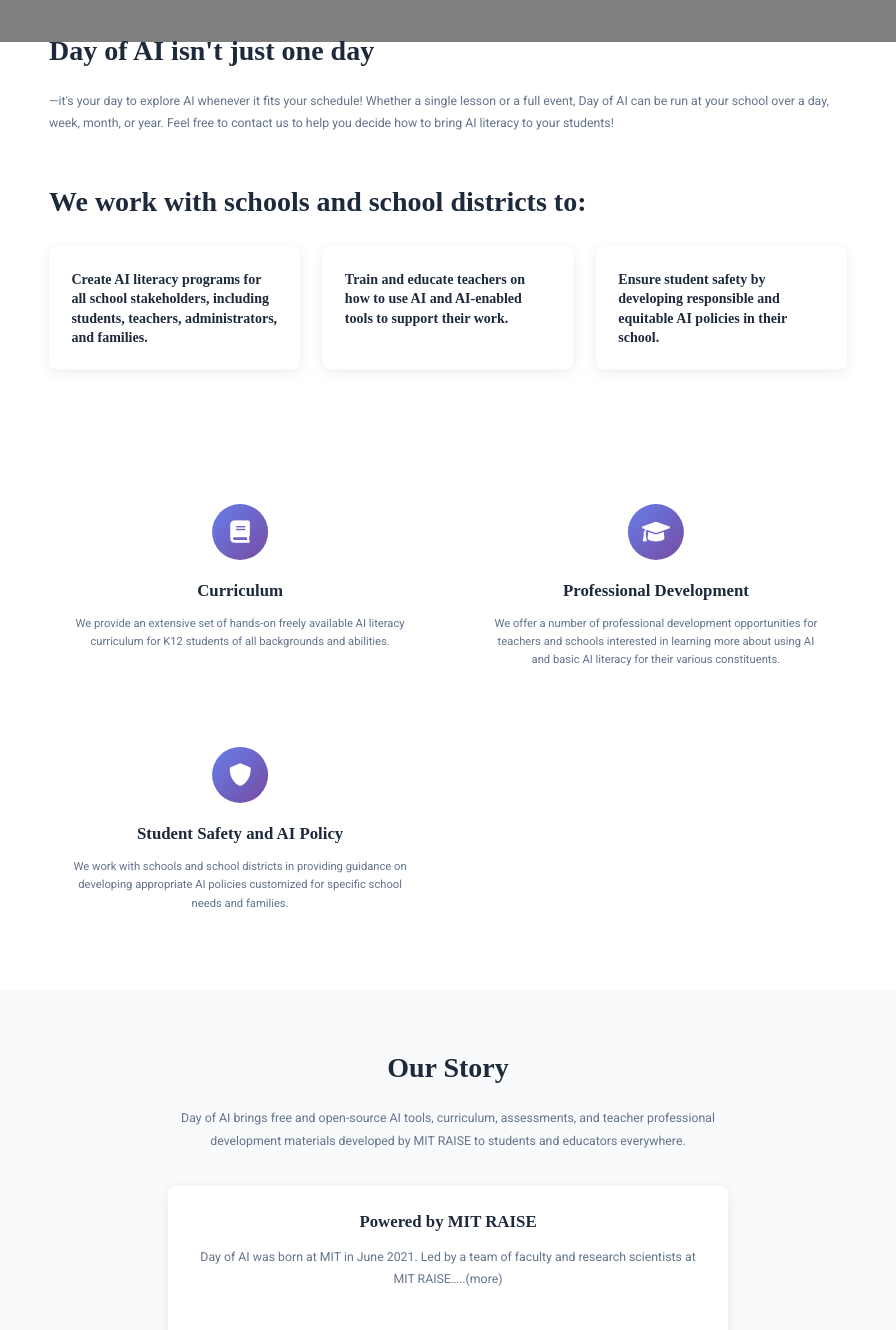
Repository: dinhtri123/dayofai
Page: index.html
An editor plug-in stored every save of this project. The page is shown before and after the next save, followed by the edit.
The browser window is 1280 px wide. The pictures show the part of the page from y = 660 to 2560 px (the page is 3743 px tall before and 3667 px after), at 70% of full size.
A picture or video elsewhere on the page could not be fetched, so the positions and the page height are approximate. Some web fonts or font styles are not loaded; a fallback is used.

Above is the page before, as saved 2025-06-29 08:42:25.

### index.html
<!DOCTYPE html>
<html lang="en">

<head>
  <meta charset="UTF-8">
  <meta name="viewport" content="width=device-width, initial-scale=1.0">
  <title>Day of AI - AI is for everyone</title>
  <link rel="stylesheet" href="styles.css">
  <link rel="preconnect" href="https://fonts.googleapis.com">
  <link rel="preconnect" href="https://fonts.gstatic.com" crossorigin>
  <link href="https://fonts.googleapis.com/css2?family=Gugi&family=Roboto:ital,wght@0,100..900;1,100..900&display=swap"
    rel="stylesheet">
  <link rel="stylesheet" href="https://cdnjs.cloudflare.com/ajax/libs/font-awesome/6.0.0/css/all.min.css">
</head>

<body>
  <!-- Header -->
  <header class="header">
    <nav class="navbar container">
      <div class="nav-container">
        <div class="nav-logo">
          <img src="./images/logo.svg" alt="Day of AI Logo">
        </div>

        <div class="header-main">
          <div class="header-search">
            <i class="fa-solid fa-magnifying-glass"></i>
            <input type="search" name="search" id="search" placeholder="SEARCH">
          </div>
          <div class="header-menu">
            <ul class="nav-menu">
              <li class="nav-item dropdown">
                <a href="#" class="nav-link">Teachers <i class="fa-solid fa-caret-down"></i></a>
                <ul class="dropdown-menu">
                  <li><a href="#">Curriculum</a></li>
                  <li><a href="#">Seasonal and Monthly Activities</a></li>
                  <li><a href="#">Professional Development</a></li>
                  <li><a href="#">Family Resources</a></li>
                </ul>
              </li>
              <li class="nav-item dropdown">
                <a href="#" class="nav-link">School Administrators <i class="fa-solid fa-caret-down"></i></a>
                <ul class="dropdown-menu">
                  <li><a href="#">Professional Development</a></li>
                  <li><a href="#">Curriculum</a></li>
                  <li><a href="#">Student Safety & AI Policy</a></li>
                  <li><a href="#">Family Resources</a></li>
                </ul>
              </li>
              <li class="nav-item">
                <a href="#" class="nav-link">International</a>
              </li>
              <li class="nav-item">
                <a href="#" class="nav-link">Partners</a>
              </li>
              <li class="nav-item dropdown">
                <a href="#" class="nav-link">About Us <i class="fa-solid fa-caret-down"></i></a>
                <ul class="dropdown-menu">
                  <li><a href="#">Our Team</a></li>
                  <li><a href="#">Our Story</a></li>
                  <li><a href="#">FAQ</a></li>
                  <li><a href="#">News & Impact</a></li>
                </ul>
              </li>
              <li class="nav-item">
                <a href="#" class="nav-link">Contact Us</a>
              </li>
            </ul>
            <div class="nav-buttons">
              <button class="btn btn-primary">Register</button>
            </div>
          </div>
        </div>


        <div class="hamburger">
          <span class="icon-menu">
            <i class="fa-solid fa-bars"></i>
          </span>
          <span class="icon-close">
            <i class="fa-solid fa-xmark"></i>
          </span>
        </div>
      </div>
    </nav>
  </header>

  <main>
    <!-- Hero Section -->
    <section class="hero">
      <div class="hero-video">
        <video src="./images/hero-video-short2.mp4" autoplay muted loop></video>
      </div>
      <div class="container">
        <div class="hero-content">
          <h1 class="hero-title">AI is for everyone.</h1>
          <p class="hero-subtitle">Empower your school and your students to thrive in a world of AI!</p>
          <div class="hero-bottom">
            <h3>Day of AI + Common Sense Media Have Teamed Up for Families!</h3>
            <button class="btn btn-primary">Learn More</button>
          </div>
        </div>
      </div>
    </section>
    <section class="section-desc">
      <div class="container">
        <div class="content-grid">
          <div class="content-item">
            <h2>Day of AI isn't just one day</h2>
            <p>—it's your day to explore AI whenever it fits your schedule! Whether a single lesson or a full event, Day
              of AI can be run at your school over a day, week, month, or year. Feel free to contact us to help you
              decide
              how to bring AI literacy to your students!</p>
          </div>

          <div class="content-item">
            <h2>We work with schools and school districts to:</h2>
            <div class="services-grid">
              <div class="service-card">
                <h3>Create AI literacy programs for all school stakeholders, including students, teachers,
                  administrators,
                  and families.</h3>
              </div>
              <div class="service-card">
                <h3>Train and educate teachers on how to use AI and AI-enabled tools to support their work.</h3>
              </div>
              <div class="service-card">
                <h3>Ensure student safety by developing responsible and equitable AI policies in their school.</h3>
              </div>
            </div>
          </div>
        </div>
      </div>
    </section>

    <!-- Features Section -->
    <section class="features">
      <div class="container">
        <div class="features-grid">
          <div class="feature-card">
            <div class="feature-icon">
              <i class="fas fa-book"></i>
            </div>
            <h3>Curriculum</h3>
            <p>We provide an extensive set of hands-on freely available AI literacy curriculum for K12 students of all
              backgrounds and abilities.</p>
          </div>

          <div class="feature-card">
            <div class="feature-icon">
              <i class="fas fa-graduation-cap"></i>
            </div>
            <h3>Professional Development</h3>
            <p>We offer a number of professional development opportunities for teachers and schools interested in
              learning
              more about using AI and basic AI literacy for their various constituents.</p>
          </div>

          <div class="feature-card">
            <div class="feature-icon">
              <i class="fas fa-shield-alt"></i>
            </div>
            <h3>Student Safety and AI Policy</h3>
            <p>We work with schools and school districts in providing guidance on developing appropriate AI policies
              customized for specific school needs and families.</p>
          </div>
        </div>
      </div>
    </section>

    <!-- About Section -->
    <section class="about">
      <div class="container">
        <div class="about-content">
          <h2>Our Story</h2>
          <p>Day of AI brings free and open-source AI tools, curriculum, assessments, and teacher professional
            development
            materials developed by MIT RAISE to students and educators everywhere.</p>

          <div class="mit-section">
            <h3>Powered by MIT RAISE</h3>
            <p>Day of AI was born at MIT in June 2021. Led by a team of faculty and research scientists at MIT
              RAISE…..(more)</p>
          </div>

          <div class="partners-section">
            <h3>Our Collaborators and Partners</h3>
            <div class="partners-grid">
              <div class="partner-logo">Partner 1</div>
              <div class="partner-logo">Partner 2</div>
              <div class="partner-logo">Partner 3</div>
              <div class="partner-logo">Partner 4</div>
            </div>
          </div>
        </div>
      </div>
    </section>

    <!-- CTA Section -->
    <section class="cta">
      <div class="container">
        <div class="cta-content">
          <h2>Bring Day of AI to Your School or School District</h2>
          <div class="cta-buttons">
            <button class="btn btn-primary">Register</button>
            <button class="btn btn-secondary">Learn More</button>
          </div>
        </div>
      </div>
    </section>
  </main>

  <!-- Footer -->
  <footer class="footer">
    <div class="container">
      <div class="footer-content">
        <div class="footer-section">
          <p>&copy; 2025, Day of AI. All Rights Reserved.</p>
          <div class="footer-links">
            <a href="#">Privacy Policy</a>
            <a href="#">Accessibility</a>
            <a href="#">Terms of Use</a>
            <a href="#">Boston Web Design</a>
          </div>
        </div>

        <div class="footer-legal">
          <p>Unless stated otherwise, the DAY OF AI curriculum is licensed under a Creative Commons
            Attribution-NonCommercial-ShareAlike 4.0 International License (the "DAY OF AI Creative Commons license").
            The DAY OF AI Creative Commons license does not include a license to use the trademarks and service marks,
            DAY OF AI, DAY OF AI (and Design), the DAY OF AI logo, MASSACHUSETTS INSTITUTE OF TECHNOLOGY, MIT, the MIT
            logo, MIT RAISE, RAISE, or any other trademarks, service marks, or other intellectual property, owned by, or
            associated with, Massachusetts Institute of Technology, and such use is expressly excluded. DAY OF AI, DAY
            OF AI (and Design), and the DAY OF AI logo are trademarks and service marks of MASSACHUSETTS INSTITUTE OF
            TECHNOLOGY. All rights are reserved.</p>
        </div>

        <div class="footer-translate">
          <button class="translate-btn">Translate »</button>
        </div>
      </div>
    </div>
  </footer>

  <script src="script.js"></script>
</body>

</html>

### styles.css
:root {
  --font-family: "Roboto", sans-serif;
  --font-secondary: "Gugi", cursive;
  --color-primary: #4873b7;
  --color-secondary: #37b558;
  --color-third: #f26739;
}
* {
  margin: 0;
  padding: 0;
  box-sizing: border-box;
}

body {
  font-family: var(--font-family);
  line-height: 1.6;
  color: #333;
  overflow-x: hidden;
}

.container {
  max-width: 1170px;
  margin: 0 auto;
  padding: 0 15px;
}
h1,h2,h3,h4,h5,h6{
  font-family: var(--font-secondary);
}

/* Header Styles */
.header {
  background: #fff;
  box-shadow: 0 2px 10px rgba(0, 0, 0, 0.1);
  width: 100%;
}
.header-main {
  display: flex;
  flex-direction: column;
  flex: 1;
}
.header-search {
  display: flex;
  align-items: center;
  justify-content: end;
  border-bottom: 1px solid var(--color-primary);
  height: 35px;
}
.header-search input {
  border: none;
  outline: none;
  width: 100px;
  max-width: 300px;
  height: 100%;
  padding: 0 10px;
  transition: width 1s linear;
}
.header-search i {
  color: var(--color-secondary);
}

.navbar {
  padding: 10px 15px;
}

.nav-container {
  display: flex;
  justify-content: space-between;
  align-items: center;
}
.nav-logo {
  max-width: 160px;
  width: 100%;
  height: auto;
}

.nav-logo img {
  max-width: 90px;
  width: 100%;
  height: auto;
}

.header-menu {
  display: flex;
  align-items: center;
  justify-content: end;
  flex-wrap: wrap;
}
.nav-menu {
  display: flex;
  list-style: none;
  align-items: center;
}

.nav-item {
  position: relative;
}

.nav-link {
  text-decoration: none;
  color: #333;
  font-weight: 500;
  padding: 20px 16px;
  transition: color 0.3s ease;
  display: flex;
  align-items: center;
  gap: 5px;
}

.nav-link:hover {
  color: #2563eb;
}
.nav-link i {
  color: var(--color-primary);
}

.dropdown-menu {
  position: absolute;
  top: 100%;
  left: 0;
  background: #fff;
  box-shadow: 0 4px 20px rgba(0, 0, 0, 0.15);
  border-radius: 8px;
  min-width: 250px;
  width: max-content;
  opacity: 0;
  visibility: hidden;
  transform: translateY(-10px);
  transition: all 0.3s ease;
  list-style: none;
  overflow: hidden;
}

.dropdown:hover .dropdown-menu {
  opacity: 1;
  visibility: visible;
  transform: translateY(0);
}

.dropdown-menu li a {
  display: block;
  padding: 0.75rem 1.5rem;
  color: #333;
  text-decoration: none;
  transition: background-color 0.2s ease;
}

.dropdown-menu li a:hover {
  background-color: var(--color-primary);
  color: #fff;
}

.btn {
  display: flex;
  align-items: center;
  margin-left: 24px;
  font-family: var(--font-secondary);
  background-color: var(--color-secondary);
  color: #fff;
  padding: 0px 32px;
  border-radius: 30px;
  min-height: 45px;
  text-transform: uppercase;
  border: none;
  line-height: 1;
  font-size: 16px;
  transition: all 0.3s ease;
}
.btn-primary {
  background-color: var(--color-secondary);
}
.btn-primary:hover {
  background-color: var(--color-third);
}
.btn-secondary {
  background-color: var(--color-third);
  color: white;
}
.btn-secondary:hover {
  background-color: var(--color-secondary);
}
.bth-third {
  background: transparent;
  color: white;
  border: 1px solid white;
}
.bth-third:hover {
  background-color: var(--color-secondary);
}
.hamburger {
  display: none;
  flex-direction: column;
  cursor: pointer;
}
.hamburger i {
  font-size: 20px;
  color: black;
}

/* Hero Section */
.hero {
  color: #fff;

  text-align: center;
}
.hero-content {
  position: relative;
  z-index: 1;
  min-height: 500px;
  display: flex;
  flex-direction: column;
  align-items: center;
  justify-content: center;
}
.hero-video {
  position: absolute;
  top: 0;
  left: 0;
  width: 100%;
  height: 100%;
  z-index: -1;
  overflow: hidden;
}
.hero-video::before {
  content: "";
  position: absolute;
  top: 0;
  left: 0;
  width: 100%;
  height: 100%;
  background: rgba(0, 0, 0, 0.5);
}
.hero-video video {
  width: 100%;
}

.hero-title {
  font-size: 64px;
  font-family: var(--font-secondary);
  font-weight: 700;
  margin-bottom: 8px;
  line-height: 1.2;
}

.hero-subtitle {
  font-size: 30px;
  max-width: 500px;
  margin: 0 auto;
}

.hero-bottom {
  display: flex;
  align-items: center;
  justify-content: space-between;
  gap: 16px;
  position: absolute;
  bottom: -30px;
  left: 50%;
  transform: translateX(-50%);
  background: var(--color-third);
  min-height: 60px;
  border-radius: 30px;
  width: 100%;
}
.hero-bottom h3 {
  font-size: 24px;
  color: white;
  padding: 0px 20px;
  font-weight: 300;
}
.hero-bottom button {
  background: var(--color-primary);
  padding: 0px 48px;
  text-transform: uppercase;
  font-family: var(--font-secondary);
  min-height: inherit;
}

.section-desc {
  padding: 80px 0;
}

.content-grid {
  display: grid;
  gap: 4rem;
}

.content-item h2 {
  font-size: 2.5rem;
  font-weight: 600;
  margin-bottom: 1.5rem;
  color: #1e293b;
}

.content-item p {
  font-size: 1.1rem;
  color: #64748b;
  line-height: 1.8;
}

.services-grid {
  display: grid;
  grid-template-columns: repeat(auto-fit, minmax(300px, 1fr));
  gap: 2rem;
  margin-top: 2rem;
}

.service-card {
  background: #fff;
  padding: 2rem;
  border-radius: 12px;
  box-shadow: 0 4px 20px rgba(0, 0, 0, 0.08);
  transition: transform 0.3s ease, box-shadow 0.3s ease;
}

.service-card:hover {
  transform: translateY(-5px);
  box-shadow: 0 8px 30px rgba(0, 0, 0, 0.12);
}

.service-card h3 {
  font-size: 1.25rem;
  font-weight: 600;
  color: #1e293b;
  line-height: 1.4;
}

/* Features Section */
.features {
  padding: 80px 0;
  background: #fff;
}

.features-grid {
  display: grid;
  grid-template-columns: repeat(auto-fit, minmax(350px, 1fr));
  gap: 3rem;
}

.feature-card {
  text-align: center;
  padding: 2rem;
  border-radius: 16px;
  transition: transform 0.3s ease;
}

.feature-card:hover {
  transform: translateY(-5px);
}

.feature-icon {
  width: 80px;
  height: 80px;
  background: linear-gradient(135deg, #667eea 0%, #764ba2 100%);
  border-radius: 50%;
  display: flex;
  align-items: center;
  justify-content: center;
  margin: 0 auto 1.5rem;
  color: #fff;
  font-size: 2rem;
}

.feature-card h3 {
  font-size: 1.5rem;
  font-weight: 600;
  margin-bottom: 1rem;
  color: #1e293b;
}

.feature-card p {
  color: #64748b;
  line-height: 1.6;
}

/* About Section */
.about {
  padding: 80px 0;
  background: #f8fafc;
}

.about-content {
  max-width: 800px;
  margin: 0 auto;
  text-align: center;
}

.about-content h2 {
  font-size: 2.5rem;
  font-weight: 600;
  margin-bottom: 1.5rem;
  color: #1e293b;
}

.about-content p {
  font-size: 1.1rem;
  color: #64748b;
  line-height: 1.8;
  margin-bottom: 3rem;
}

.mit-section {
  background: #fff;
  padding: 2rem;
  border-radius: 12px;
  margin: 2rem 0;
  box-shadow: 0 4px 20px rgba(0, 0, 0, 0.08);
}

.mit-section h3 {
  font-size: 1.5rem;
  font-weight: 600;
  margin-bottom: 1rem;
  color: #1e293b;
}

.partners-section {
  margin-top: 3rem;
}

.partners-section h3 {
  font-size: 1.5rem;
  font-weight: 600;
  margin-bottom: 2rem;
  color: #1e293b;
}

.partners-grid {
  display: grid;
  grid-template-columns: repeat(auto-fit, minmax(200px, 1fr));
  gap: 2rem;
}

.partner-logo {
  background: #fff;
  padding: 2rem;
  border-radius: 8px;
  text-align: center;
  box-shadow: 0 2px 10px rgba(0, 0, 0, 0.1);
  font-weight: 600;
  color: #64748b;
}

/* CTA Section */
.cta {
  padding: 80px 0;
  background: linear-gradient(135deg, #667eea 0%, #764ba2 100%);
  color: #fff;
  text-align: center;
}

.cta-content h2 {
  font-size: 2.5rem;
  font-weight: 600;
  margin-bottom: 2rem;
}

.cta-buttons {
  display: flex;
  gap: 1rem;
  justify-content: center;
  flex-wrap: wrap;
}

/* Footer */
.footer {
  background: #1e293b;
  color: #fff;
  padding: 60px 0 30px;
}

.footer-content {
  display: grid;
  gap: 2rem;
}

.footer-section {
  display: flex;
  justify-content: space-between;
  align-items: center;
  flex-wrap: wrap;
  gap: 1rem;
}

.footer-links {
  display: flex;
  gap: 2rem;
  flex-wrap: wrap;
}

.footer-links a {
  color: #cbd5e1;
  text-decoration: none;
  transition: color 0.3s ease;
}

.footer-links a:hover {
  color: #fff;
}

.footer-legal {
  border-top: 1px solid #334155;
  padding-top: 2rem;
}

.footer-legal p {
  font-size: 0.9rem;
  color: #94a3b8;
  line-height: 1.6;
}

.footer-translate {
  text-align: center;
  padding-top: 2rem;
}

.translate-btn {
  background: transparent;
  color: #cbd5e1;
  border: 1px solid #475569;
  padding: 0.5rem 1rem;
  border-radius: 6px;
  cursor: pointer;
  transition: all 0.3s ease;
}

.translate-btn:hover {
  background: #475569;
  color: #fff;
}

/* Responsive Design */
@media (max-width: 768px) {
  .header-main {
    position: absolute;
    top: 100%;
    left: 0px;
    flex-direction: column;
    background-color: #fff;
    width: 100%;
    text-align: center;
    transition: 0.3s;
    box-shadow: 0 10px 27px rgba(0, 0, 0, 0.05);
    z-index: 1000;
    display: none;
  }
  .header-main.active {
    display: flex;
  }
  .nav-menu.active {
    left: 0;
  }
  .header-search {
    padding: 0px 15px;
  }
  .navbar {
    padding: 10px 15px !important;
  }
  .nav-menu li {
    width: 100%;
  }
  .nav-logo img {
    max-width: 50px;
  }
  .nav-link {
    justify-content: space-between;
  }
  .header-search input {
    width: 100%;
    max-width: 100%;
  }
  .dropdown-menu {
    position: static;
    opacity: 1;
    visibility: visible;
    transform: none;
    box-shadow: none;
    width: 100%;
    display: none;
  }
  .dropdown-menu.active {
    display: block;
  }
  .dropdown-menu li a {
    text-align: left;
    padding: 10px 16px;
    border-bottom: 1px solid #e2e8f0;
  }
  .nav-menu > li {
    border-bottom: 1px solid #e2e8f0;
  }
  .hamburger {
    display: flex;
    width: 40px;
    height: 40px;
    align-items: center;
    justify-content: center;
  }
  .nav-menu {
    flex-direction: column;
    width: 100%;
  }
  .header-menu {
    justify-content: start;
  }
  .icon-close {
    display: none;
  }
  .hamburger.active .icon-menu {
    display: none;
  }

  .hamburger.active .icon-close {
    display: block;
  }

  .nav-buttons {
    display: none;
  }

  .hero-title {
    font-size: 2.5rem;
  }

  .hero-subtitle {
    font-size: 1.1rem;
  }

  .content-item h2,
  .about-content h2,
  .cta-content h2 {
    font-size: 2rem;
  }

  .services-grid,
  .features-grid {
    grid-template-columns: 1fr;
  }

  .footer-section {
    flex-direction: column;
    text-align: center;
  }

  .footer-links {
    justify-content: center;
  }

  .cta-buttons {
    flex-direction: column;
    align-items: center;
  }

  .cta-buttons .btn {
    width: 100%;
    max-width: 300px;
  }
}

@media (max-width: 480px) {
  .container {
    padding: 0 15px;
  }

  .hero {
    padding: 100px 0 60px;
  }

  .hero-title {
    font-size: 2rem;
  }

  .main-content,
  .features,
  .about,
  .cta {
    padding: 60px 0;
  }

  .service-card,
  .feature-card {
    padding: 1.5rem;
  }
}

/* Animations */
@keyframes fadeInUp {
  from {
    opacity: 0;
    transform: translateY(30px);
  }
  to {
    opacity: 1;
    transform: translateY(0);
  }
}

### script.js
// Header Search
const media = window.matchMedia("(min-width: 768px)");
if (media.matches) {
  const searchInput = document.querySelector(".header-search input");

  searchInput.addEventListener("click", () => {
    searchInput.style.width = "100%";
  });
  document.addEventListener("click", (e) => {
    if (!searchInput.contains(e.target)) {
      searchInput.style.width = "100px";
    }
  });
}
if (!media.matches) {
  const dropdownMenu = Array.from(document.querySelectorAll(".nav-item.dropdown"));
  dropdownMenu.map(item => {
    item.addEventListener("click", () => {
      item.querySelector(".dropdown-menu").classList.toggle("active");
    })
  })
}

// Mobile Navigation Toggle
const hamburger = document.querySelector(".hamburger");
const headerMain = document.querySelector(".header-main");

hamburger.addEventListener("click", () => {
  if(hamburger.classList.contains("active")){
    hamburger.classList.remove("active");
    headerMain.classList.remove("active");
  } else {
    hamburger.classList.add("active");
    headerMain.classList.add("active");
  }
});

After the next save:
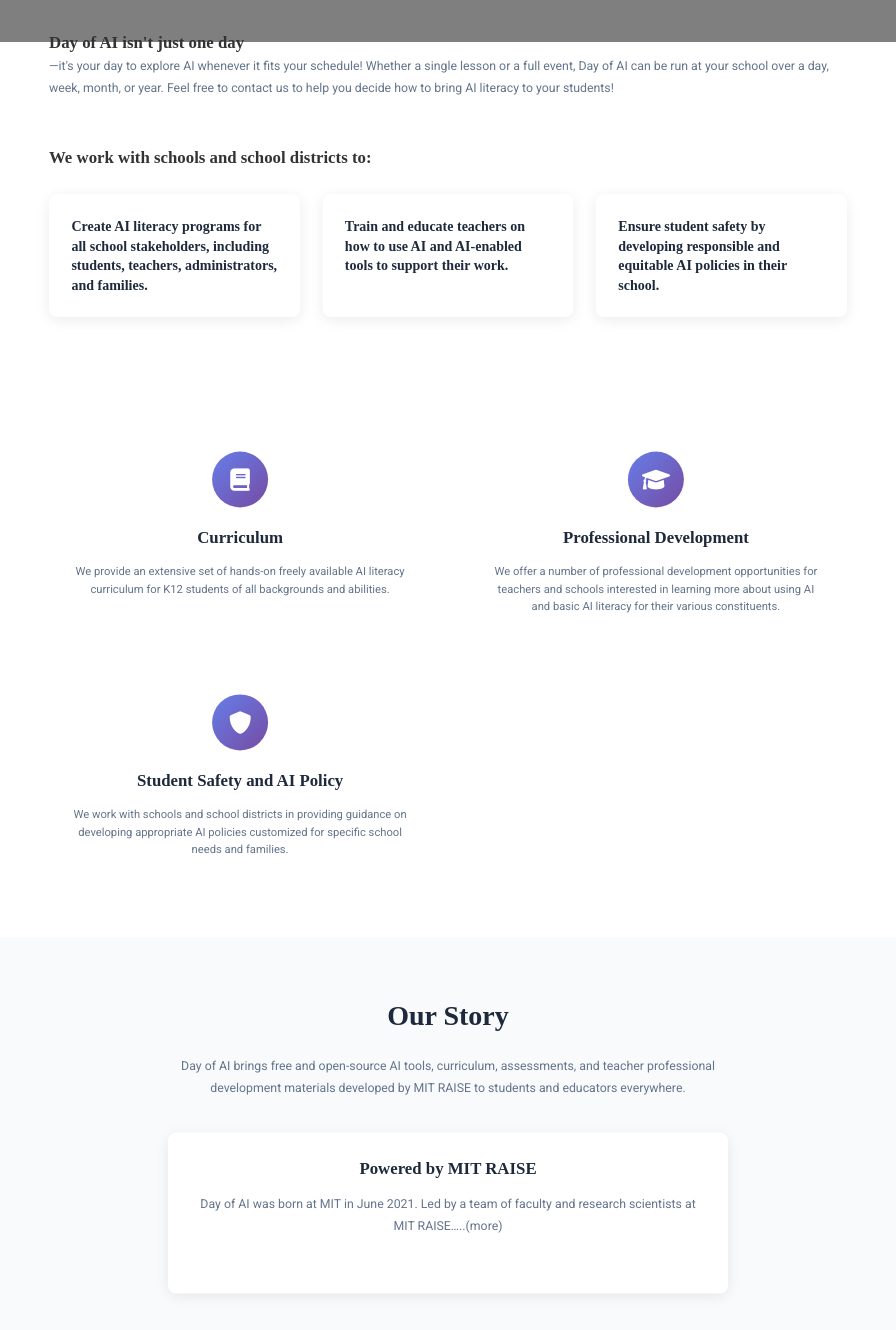
Saved 10 s later.
--- a/styles.css
+++ b/styles.css
@@ -285,10 +285,7 @@
 }
 
 .content-item h2 {
-  font-size: 2.5rem;
-  font-weight: 600;
-  margin-bottom: 1.5rem;
-  color: #1e293b;
+
 }
 
 .content-item p {
